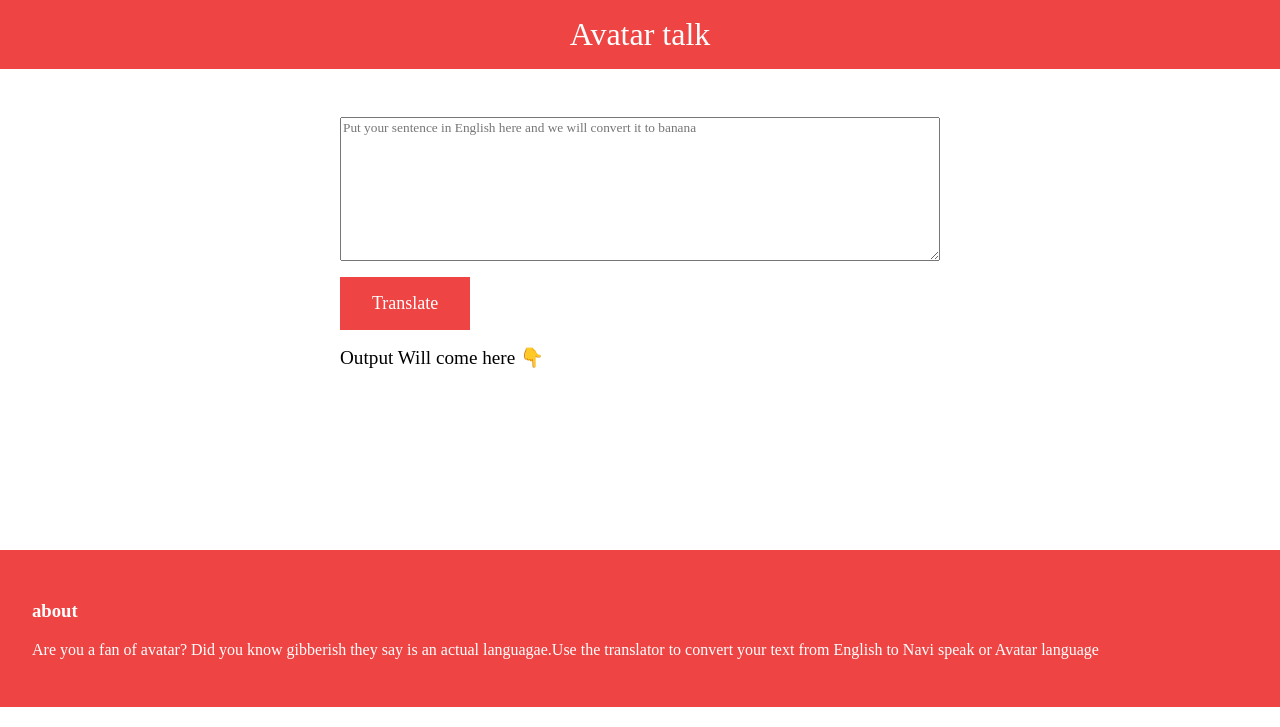
Repository: sohan2503001/Avator-speak
Page: index.html
These files come from the project's save history. The page is drawn as it stood at one moment and after the next save; the edit follows.
The browser window is 1280 px wide. The pictures show the whole page.

Above is the page before, as saved 2021-04-21 12:11:58.

### index.html
<!DOCTYPE html>
<html lang="en">

<head>
    <meta charset="UTF-8">
    <meta http-equiv="X-UA-Compatible" content="IE=edge">
    <meta name="viewport" content="width=device-width, initial-scale=1.0">
    <title>Avatar Speak</title>
    <link rel="stylesheet" href="style.css">
</head>

<body>
    <nav>
        <div class="head">Avatar talk</div>
    </nav>

    <main>
        <textarea id="txt-input"
            placeholder="Put your sentence in English here and we will convert it to banana"></textarea>
        <button id="btn-translate">Translate</button>
        <div style="font-size: larger;">Output Will come here 👇</div>
        <div id="output"></div>
    </main>


    <footer class="footer">
        <h3 class="footer-head">about</h3>
        <p class="footer-p">Are you a fan of avatar? Did you know gibberish they
            say is an actual languagae.Use the translator to convert
            your text from English to Navi speak or Avatar language</p>
    </footer>
    <script src="app.js" type="text/javascript"></script>
</body>

</html>

### style.css
@import url('https://fonts.googleapis.com/css2?family=Ubuntu+Mono:ital@1&display=swap');

:root{
    --primary-color:#EF4444;
    --width-break:600px
}

body{
    margin: 0;
    font-family: 'Ubuntu' , cursive;
}

/**header**/
nav{
    background-color: var(--primary-color);
    text-align: center;
}

.head{
    font-size: 2rem;
    padding: 1rem;
    color: white;
}

/**Center**/
main{
    margin: auto;
    padding: 1rem;
    max-width: var(--width-break);
}

textarea{
    box-sizing: border-box;
    width: 100%;
    min-height: 20vh;
    display: block;
    margin-top: 2rem;
    font-family: inherit;
}

#btn-translate{
    padding: 1rem 2rem;
    margin: 1rem 0rem;
    background-color: var(--primary-color);
    border: none;
    color: white;
    font-family: 'Ubuntu' , cursive;
    font-size: large;
}

#output{
    box
    border: 1px solid black;
    height: 12vh;
    width: 100%;
    margin: auto;
    margin-top: 2rem;
    margin-bottom: 0.5rem;
    padding: 1.2rem;
}

/**footer**/

footer{
    background-color: var(--primary-color);
    margin: 0;
    padding: 2rem;
}

.footer-head{
    color: white;
}

.footer-p{
    color: white;
}

### app.js
var btnTranslate = document.querySelector("#btn-translate");
var txtInput = document.querySelector("#txt-input");
var outputDiv = document.querySelector("#output");

var serverURL = "https://api.funtranslations.com/translate/navi.json"

function getTranslationURL(text) {
    return serverURL + "?" + "text=" + text
}

function clickHandler() {
    var inputText = txtInput.value;
    fetch(getTranslationURL(inputText))
        .then(response => response.json())
        .then(json => {
            var translatedText = json.contents.translated;
            outputDiv.innerHTML = translatedText;
        })
};

btnTranslate.addEventListener("click", clickHandler);

After the next save:
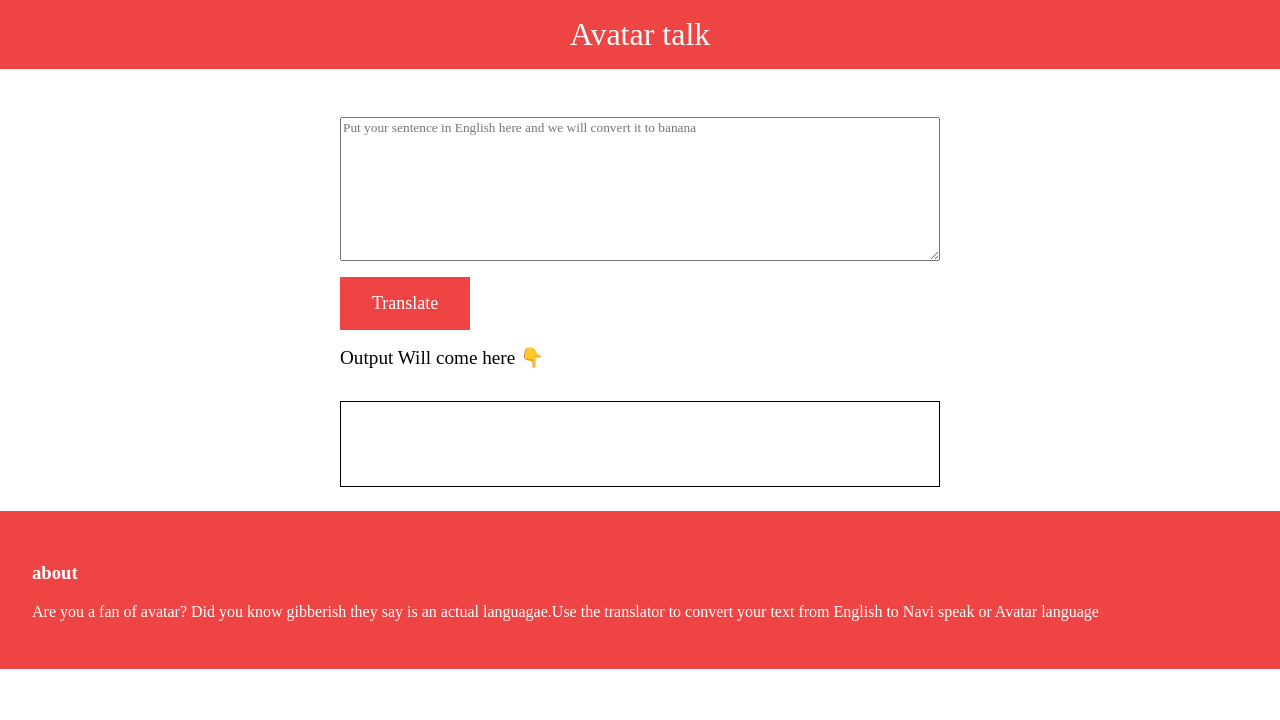
Saved 4 s later.
--- a/style.css
+++ b/style.css
@@ -49,7 +49,7 @@
 }
 
 #output{
-    box
+    box-sizing: border-box;
     border: 1px solid black;
     height: 12vh;
     width: 100%;
